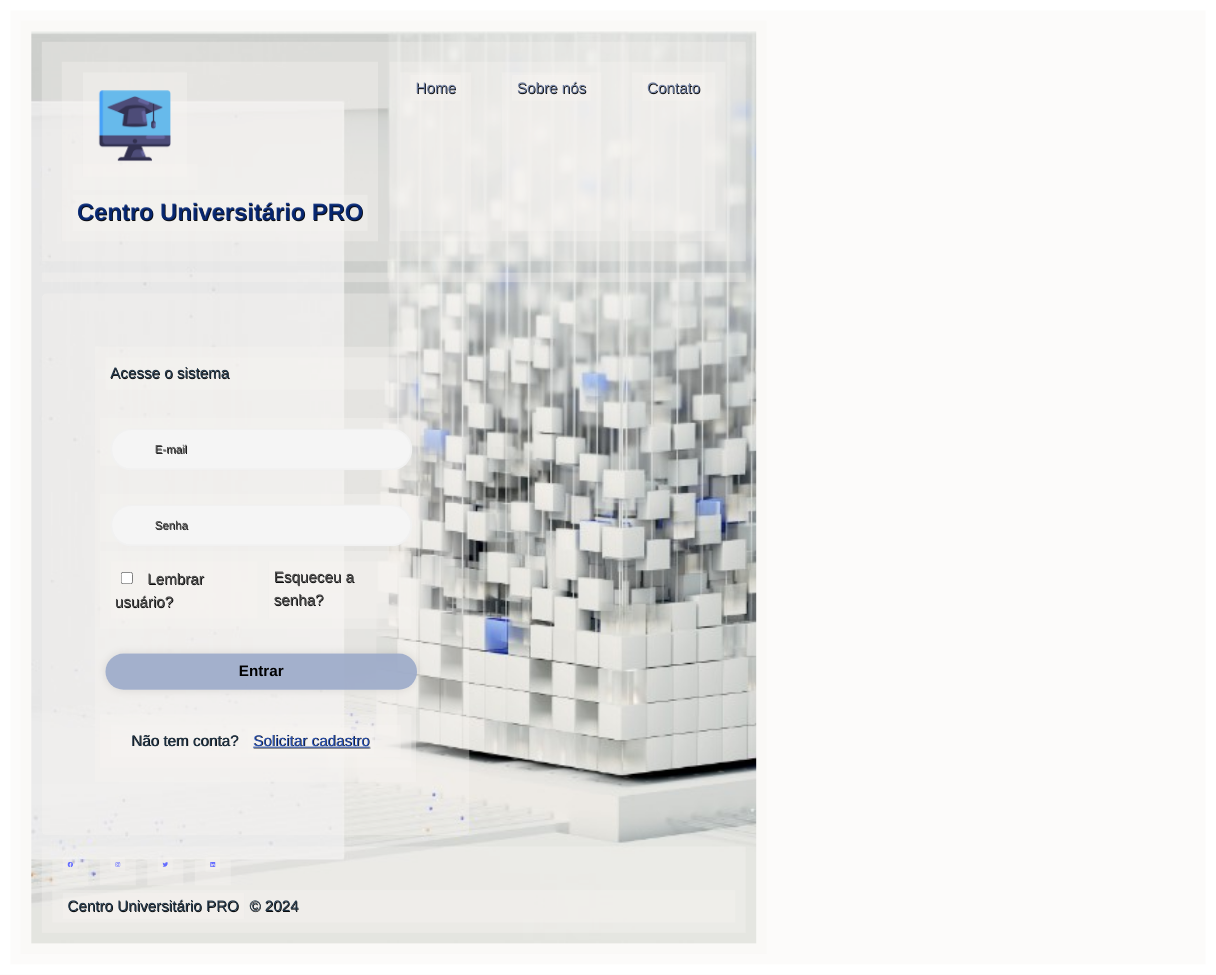
Repository: DanuziaRA/Cadastros-de-Usuarios
Page: /
An editor plug-in stored every save of this project. The page is shown before and after the next save, followed by the edit.
The browser window is 1280 px wide. The pictures show the whole page, at 95% of full size.
The project was rebuilt for these pictures with package versions that can differ from the ones it lists, and the page was loaded fresh each time. Also part of the build but not shown: vite.config.js, src/components/Footer.css, src/router/Contact.jsx, src/router/ErrorPage.jsx, src/router/ContactDetails.jsx, src/router/Company.jsx, src/router/Forget.jsx, src/router/Cadastro.jsx.

Above is the page before, as saved 2024-10-01 12:43:43.

### src/main.jsx
import { StrictMode } from 'react'
import { createRoot } from 'react-dom/client'
import App from './App.jsx'
import './index.css'

import {createBrowserRouter, RouterProvider,Navigate} from 'react-router-dom';

  import Contact from './router/Contact.jsx';
  import ErrorPage from './router/ErrorPage.jsx';
  import ContactDetails from './router/ContactDetails.jsx';
  import Login from './router/Login.jsx';
  import Company from './router/Company.jsx';
  import Forget from './router/Forget.jsx';
  import Cadastro from './router/Cadastro.jsx';


  const router = createBrowserRouter([
        {
      path: "/",
      element: <App/>,
      errorElement: <ErrorPage />,
      children: [
        {
          path: "/",
          element:<Login />,
        },
        {
          path: "empresa",
          element:<Company />,
        },
        {
          path: "contact",
          element:<Contact />,
        },
        //Nested routes - identificando unico
        {
          path: "/contact/:id",
          element: <ContactDetails />,
        },
        {
          path: "forget",
          element: <Forget />,
        },
        {
          path: "cadastro",
          element: <Cadastro />,
        },
        //Navigate para página não existentes
        {
          path: "oldcontact",
          element: <Navigate to="/contact" />,
        },
      ],
    },
    ]);


createRoot(document.getElementById('root')).render(
  <StrictMode>
    <RouterProvider router={router} />
    </StrictMode>,
);

### src/App.jsx
import './App.css'

import { Outlet } from 'react-router-dom';
import Navbar from './components/Navbar';
import Footer from './components/Footer'


function App() {
  return (
      <div className='App'>
        <Navbar />
        <h1></h1>
        <Outlet />
        <Footer />
    </div>
  );
}

export default App;

### src/router/Login.jsx
import { useState } from "react";

import "./Login.css";

const Login = () => {

const [username, setUsername] = useState("");
const [password, setpassword] = useState("");

const handleSubmit = (event) => {
event.preventDefault();

alert("Enviando os dados");

console.log("teste", username,password);
console.log("Envio");
};

    return (

    <div className="container">
        <form onSubmit={handleSubmit}>
            <p>Acesse o sistema</p>
            <div className="input-field">
            <input type="email"
            placeholder = "E-mail"
            required
            onChange={(e) => setUsername(e.target.value)}/>
            </div>
            <div className="input-field">
            <input type="password"
            placeholder = "Senha"
            required
            onChange={(e) => setpassword(e.target.value)}/>
            </div>

            <div className="recall-forget">
                <label>
                    <input type="checkbox" />
                    Lembrar usuário?
                    </label>
                <a href="/forget"> Esqueceu a senha?</a>
                </div>

            <button>Entrar</button>
            <div className="signup-link">
                <p>Não tem conta? <a href="contact/:id">Solicitar cadastro</a></p>
            </div>
        </form>
        </div>
    )
}

export default Login

### src/App.css
* {
  box-sizing: border-box;
  margin: 6px;
  padding: 5px;
  font-family: Helvetica;
  font-size: 16px;
  text-shadow: #0c0c0c 0.7px 0.7px;
  background-color:rgba(247, 244, 241, 0.342);
}
.App{
  display: flex;
  flex-direction: column;
  flex-grow: 1;
  justify-content: center;
  align-items: left;
  background-image: url("src/assets/fundo cadastro.jpg");
  background-size: cover;
  background-position: center;
  }

### src/components/Navbar.jsx
import { Link } from "react-router-dom"
import logo from './../assets/LOGO novo.png'
import { Component } from "react";
import './Navbar.css';


const Navbar = () => {
    return (
    <nav className="navbar">
        <div className="navbar-logo">
        <Link to="/">
            <img src={logo} alt=""/>
            </Link>
            <h1>Centro Universitário PRO</h1>
            </div>
            <ul className="navbar-links">
            <li><a href="/">Home</a></li>
            <li><a href="/Company">Sobre nós</a></li>
            <li><a href= "/Contact">Contato</a></li>
            </ul>
    </nav>
    )
}

export default Navbar

### src/components/Footer.jsx
import { FaFacebook, FaInstagram,FaTwitter,FaLinkedin } from "react-icons/fa"
import { Link } from "react-router-dom";
import './Footer.css';

function Footer(){
    return (
        <nav>
            <Link to="https://www.facebook.com/?locale=pt_BR">
            < FaFacebook alt=""/>
            </Link>
            <Link to="https://www.instagram.com/">
            < FaInstagram alt=""/>
            </Link>
            <Link to="/">
            < FaTwitter alt=""/>
            </Link>
            <Link to="https://www.linkedin.com.br">
            < FaLinkedin alt=""/>
            </Link>
            <p><span>Centro Universitário PRO</span>&copy; 2024</p>
            </nav>


    );

}
export default Footer

### src/router/Login.css
.input-field input{
    width: 50%;
    height: 70%;
    background-color: #f5f5f5;
    outline: none;
    border: 2px solid rgba(224, 222, 222, 0.2);
    border-radius: 40px;
    font-size: 16px;
    color: #070000;
    padding: 10px 20px;
}
.input-field input::placeholder{
color: #494949;
}

.container .recall-forget{
display: left;
justify-content: space-between;
font-size: 15px;
margin: -px 0 20px;
}
.recall-forget label{
color: #494949;
}
.recall-forget input{
margin-right: 5px;
}
.recall-forget a, .signup-link p a{
color: #494949;
text-decoration: none;
}
.recall-forget a:hover, .signup-link p a{
text-decoration: underline;
}
.container button{
width: 23%;
height: 500%;
font-size: 16px;
padding: 10px 20px;
background-color:#9aa8c8e1;
border: none;
outline: none;
border-radius: 500px;
box-shadow: 0 0 10px rgba(0,0,0,0.1);
cursor: pointer;
font-weight: 600;
text-shadow: none;
}
.container .signup-link{
font-size: 15px;
text-align: left;
margin: 20px 0 10px;
}
.signup-link p a{
color:#2d5ac4e1;
}

### src/router/Cadastro.css
.container{
    width: 450px;
    border: 10px sold rgba (247,247,247, 0.40);
    padding: 50px;
    border-radius: 5px;
}

.container h1{
    text-align: left;
    font-size: 23px;
    color: #4d77dbe1;
    }
    .container h2{
        text-align: left;
        font-size: 18px;
        color: #111112e1;
        }
.container .input-field{
    position: relative;
    width: 100%;
    height: 50px;
    margin: 30px auto;
}
    .input-field input{
        width: 100%;
        height: 100%;
        background-color: #f5f5f5;
        outline: none;
        border: 2px solid rgba(224, 222, 222, 0.2);
        border-radius: 40px;
        font-size: 12px;
        color: #070000;
        padding: 20px 45px;
    }
.input-field input::placeholder{
    color: #494949;
}
.input-field .icon{
    position: absolute;
    right: 25px;
    top: 50%;
    transform: translateY(-50%);
    font-size: 18px;
    color: #494949;
}
.container .recall-forget{
    display: flex;
    justify-content: space-between;
    font-size: 15px;
    margin: -20px 0 20px;
}
.recall-forget label{
    color: #494949;
}
.recall-forget input{
    margin-right: 15px;
}
.recall-forget a, .signup-link p a{
    color: #494949;
    text-decoration: none;
}
.recall-forget a:hover, .signup-link p a{
    text-decoration: underline;
}
.container button{
    width: 100%;
    height: 500%;
    font-size: 16px;
    padding: 10px 20px;
    background-color:#9aa8c8e1;
    border: none;
    outline: none;
    border-radius: 500px;
    box-shadow: 0 0 10px rgba(0,0,0,0.1);
    cursor: pointer;
    font-weight: 600;
    text-shadow: none;
}
.container .signup-link{
    font-size: 15px;
    text-align: center;
    margin: 20px 0 10px;
}
.signup-link p a{
    color:#2d5ac4e1;
}

### src/components/Navbar.css
.navbar{
    display: flex;
    justify-content: space-between;
    padding: 15px;
    align-items: left;
}
.navbar-logo h1{
    color: #06297ae1;
    font-size: 25px;
    align-items: center;


}
.navbar-links {
list-style-type: none;
display: flex;
gap: 20px;
align-items: left;

}
.navbar li{
    display: inline;
    }
.navbar-links li a {
    color: #67789ee1;
    text-decoration: none;
}
.navbar-links li a:hover{
    color:#ddd;
}

Loaded but not shown: index.html (common file); src/index.css (common file)

After the next save:
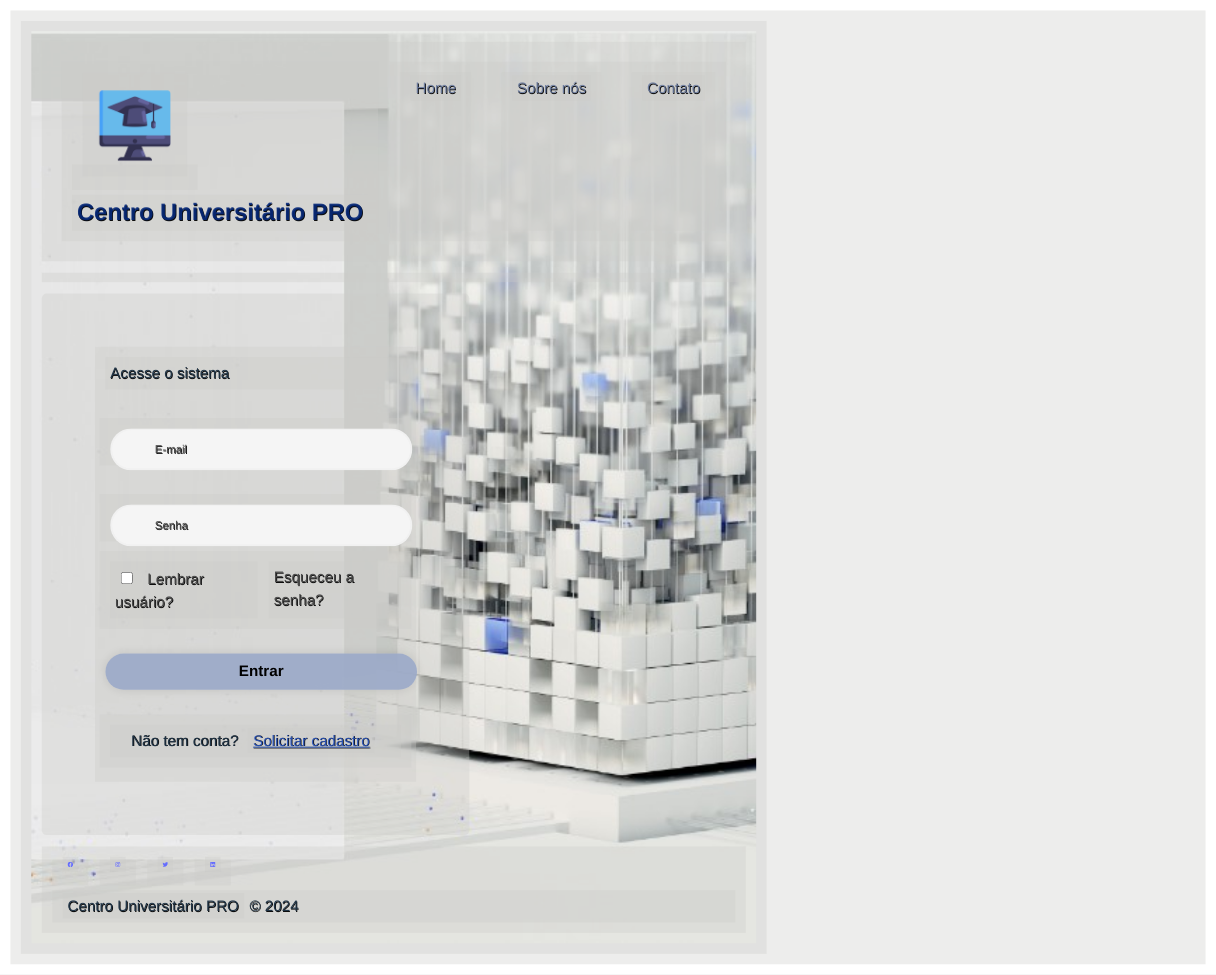
Saved 22 s later.
--- a/src/App.css
+++ b/src/App.css
@@ -5,7 +5,7 @@
   font-family: Helvetica;
   font-size: 16px;
   text-shadow: #0c0c0c 0.7px 0.7px;
-  background-color:rgba(247, 244, 241, 0.342);
+  background-color:rgba(202, 201, 200, 0.342);
 }
 .App{
   display: flex;
